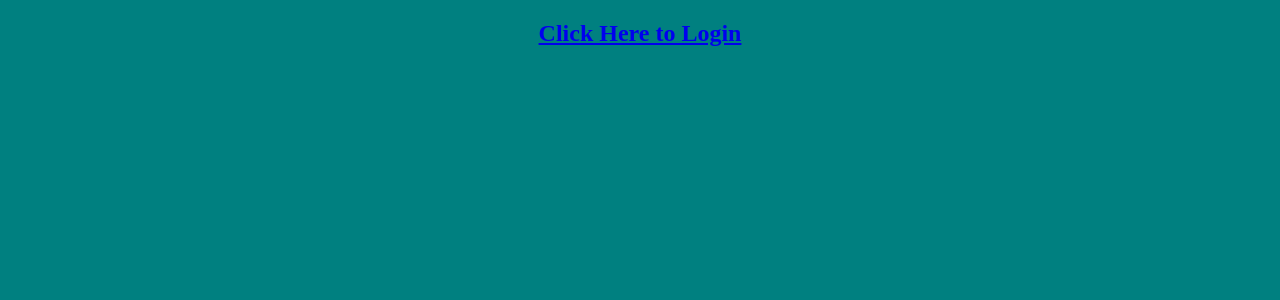
Repository: raviraj226/AdvanceJava
Page: http://localhost/Ravi_Maven/Index.jsp
These files come from the project's save history. The page is drawn as it stood at one moment and after the next save; the edit follows.
The browser window is 1280 px wide. The pictures show the whole page.
The page is served by Tomcat 9. Other server files are loaded and not shown.

Above is the page before, as saved 2022-03-15 10:28:37.

### Advance Java/Ravi_Maven/src/main/webapp/Index.jsp
<%@ page language="java" contentType="text/html; charset=ISO-8859-1"
    pageEncoding="ISO-8859-1"%>
<!DOCTYPE html>
<html>
<head>
<meta charset="ISO-8859-1">
<title>Insert title here</title>
</head>
<body bgcolor="teal">
<h2 align="center">
<a href="LoginWeb.jsp"> <b>Click Here to Login</b> </a>
</h2>

</body>
</html>

After the next save:
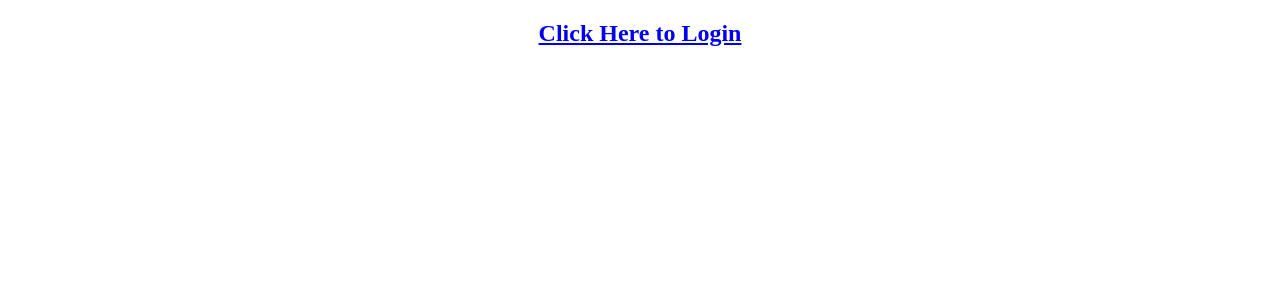
Saved 91 s later.
--- a/Advance Java/Ravi_Maven/src/main/webapp/Index.jsp
+++ b/Advance Java/Ravi_Maven/src/main/webapp/Index.jsp
@@ -6,7 +6,7 @@
 <meta charset="ISO-8859-1">
 <title>Insert title here</title>
 </head>
-<body bgcolor="teal">
+<body bgcolor="white">
 <h2 align="center">
 <a href="LoginWeb.jsp"> <b>Click Here to Login</b> </a>
 </h2>
